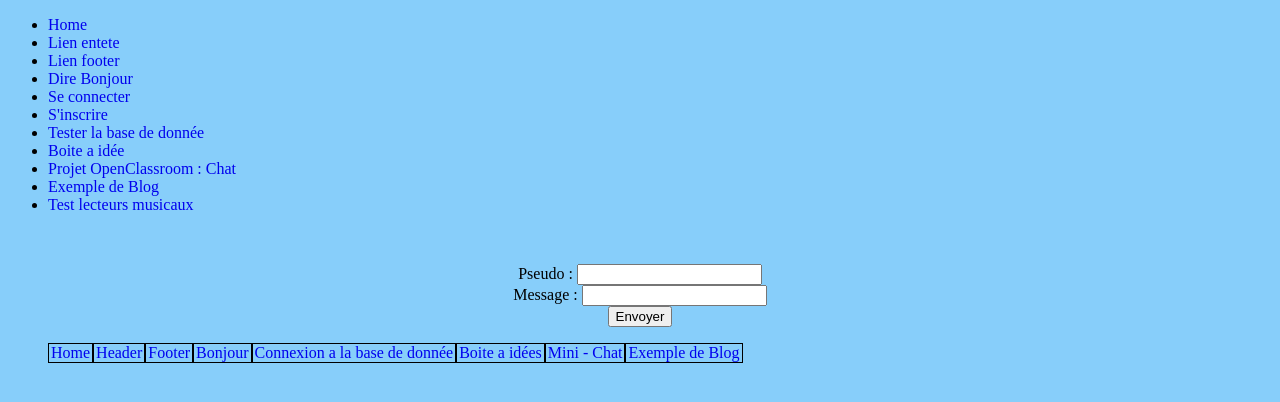
Repository: DylanORK/htdocs
Page: http://localhost/Minichat.php
The author's editor kept a copy of each file at every save. The page is drawn from the files as they stood at one save, then again after the next save.
The browser window is 1280 px wide. The pictures show the whole page.
The page is run by PHP 8.4 with error messages shown; the project is at /var/www/html/. Queries for data that is not in the repository find no rows.

Above is the page before, as saved 2015-06-02 09:09:30.

After the next save:
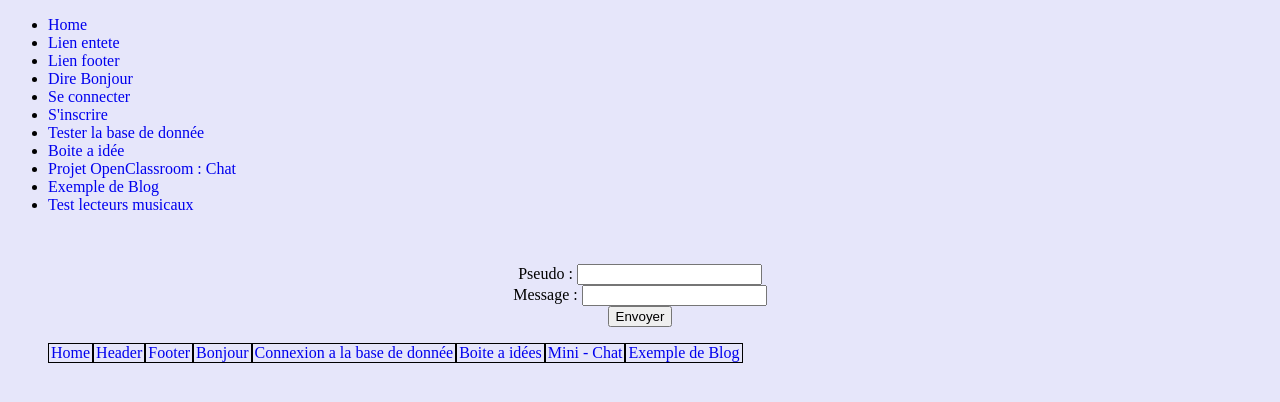
Saved 58 s later.
--- a/EclipsePHP/InterFaceWeb/Style/Style-css.php
+++ b/EclipsePHP/InterFaceWeb/Style/Style-css.php
@@ -9,6 +9,7 @@ body{
       background:#1E90FF ;
       background:#00BFFF;
       background:#87CEFA;
+      background : #e6e6fa;
   }
 
   a{
